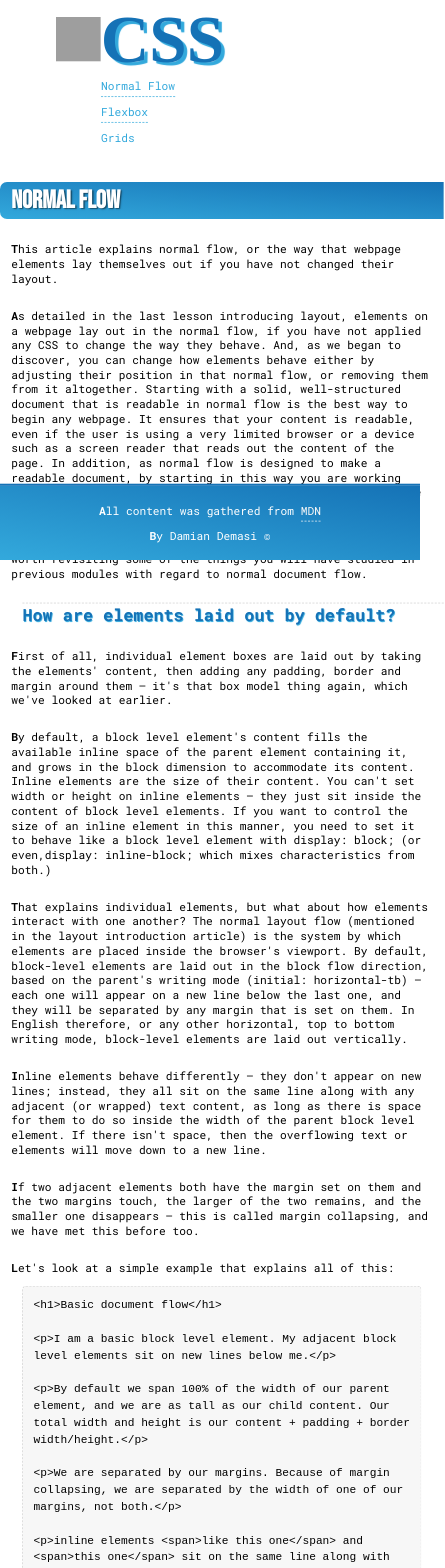
Repository: Colo-Codes/freecodecamp-04-Technical-Documentation-Page
Page: index.html
The author's editor kept a copy of each file at every save. The page is drawn from the files as they stood at one save, then again after the next save.
The browser window is 600 px wide. The page is 635 px wide, so the pictures cover 635 px, including what lies to the right of the window. The pictures show the part of the page from y = 0 to 2240 px (the page is 8222 px tall before and 8232 px after), at 70% of full size.
Pictures or frames that could not be fetched are drawn as grey boxes. Some web fonts or font styles are not loaded; a fallback is used.

Above is the page before, as saved 2021-05-22 09:40:42.

### index.html
<!DOCTYPE html>
<html lang="en">

<head>
    <meta charset="UTF-8">
    <meta http-equiv="X-UA-Compatible" content="IE=edge">
    <meta name="viewport" content="width=device-width, initial-scale=1.0">
    <link rel="stylesheet" href="./resources/css/index.css" type="text/css">
    <link rel="preconnect" href="https://fonts.gstatic.com">
    <link
        href="https://fonts.googleapis.com/css2?family=Bebas+Neue&family=Pattaya&family=Roboto+Mono:wght@100;400;700&display=swap"
        rel="stylesheet">

    <title>CSS Technical Documentation</title>
</head>

<body>
    <div id="flex-container">
        <header id="navbar-block">
            <img id="navbar-image" src="./resources/img/file_type_css_icon_130661.png" alt="CSS3 logo in blue">
            <nav id="navbar">
                <!-- On the left of screen, fixed (visible) -->
                <header>
                    <h1>CSS</h1>
                </header>
                <ul>
                    <li><a href="#Normal_Flow" class="nav-link">Normal Flow</a></li>
                    <li><a href="#Flexbox" class="nav-link">Flexbox</a></li>
                    <li><a href="#Grids" class="nav-link">Grids</a></li>
                    <li><a href="#Floats" class="nav-link">Floats</a></li>
                    <li><a href="#Positioning" class="nav-link">Positioning</a></li>
                </ul>
            </nav>
        </header>
        <main id="main-doc">
            <section class="main-section" id="Normal_Flow">
                <header class="section-header">
                    <h2>Normal Flow</h2>
                </header>
                <p>This article explains normal flow, or the way that webpage elements lay themselves out if you have
                    not
                    changed their
                    layout.</p>
                <p>As detailed in the last lesson introducing layout, elements on a webpage lay out in the normal flow,
                    if
                    you have not
                    applied any CSS to change the way they behave. And, as we began to discover, you can change how
                    elements
                    behave
                    either by adjusting their position in that normal flow, or removing them from it altogether.
                    Starting
                    with a solid,
                    well-structured document that is readable in normal flow is the best way to begin any webpage. It
                    ensures that your
                    content is readable, even if the user is using a very limited browser or a device such as a screen
                    reader that reads
                    out the content of the page. In addition, as normal flow is designed to make a readable document, by
                    starting in
                    this way you are working with the document rather than fighting against it as you make changes to
                    the
                    layout.</p>
                <p>Before digging deeper into different layout methods, it is worth revisiting some of the things you
                    will
                    have studied
                    in previous modules with regard to normal document flow.</p>
                <h3>How are elements laid out by default?</h3>
                <p>First of all, individual element boxes are laid out by taking the elements' content, then adding any
                    padding, border
                    and margin around them — it's that box model thing again, which we've looked at earlier.
                </p>
                <p>By default, a block level element's content fills the available inline space of the parent element
                    containing it,
                    and grows in the block dimension to accommodate its content. Inline elements are the size of their
                    content. You
                    can't set width or height on inline elements — they just sit inside the content of block level
                    elements.
                    If you want
                    to control the size of an inline element in this manner, you need to set it to behave like a block
                    level
                    element
                    with display: block; (or even,display: inline-block; which mixes characteristics from both.)
                </p>
                <p>That explains individual elements, but what about how elements interact with one another? The normal
                    layout flow
                    (mentioned in the layout introduction article) is the system by which elements are placed inside the
                    browser's
                    viewport. By default, block-level elements are laid out in the block flow direction, based on the
                    parent's writing
                    mode (initial: horizontal-tb) — each one will appear on a new line below the last one, and they will
                    be
                    separated by
                    any margin that is set on them. In English therefore, or any other horizontal, top to bottom writing
                    mode,
                    block-level elements are laid out vertically.
                </p>
                <p>Inline elements behave differently — they don't appear on new lines; instead, they all sit on the
                    same
                    line along
                    with any adjacent (or wrapped) text content, as long as there is space for them to do so inside the
                    width of the
                    parent block level element. If there isn't space, then the overflowing text or elements will move
                    down
                    to a new
                    line.
                </p>
                <p>If two adjacent elements both have the margin set on them and the two margins touch, the larger of
                    the
                    two remains,
                    and the smaller one disappears — this is called margin collapsing, and we have met this before too.
                </p>
                <p>Let's look at a simple example that explains all of this:</p>
                <code>&lt;h1&gt;Basic document flow&lt;/h1&gt;

&lt;p&gt;I am a basic block level element. My adjacent block level elements sit on new lines below me.&lt;/p&gt;

&lt;p&gt;By default we span 100% of the width of our parent element, and we are as tall as our child content. Our total width and height is our content + padding + border width/height.&lt;/p&gt;

&lt;p&gt;We are separated by our margins. Because of margin collapsing, we are separated by the width of one of our margins, not both.&lt;/p&gt;

&lt;p&gt;inline elements &lt;span&gt;like this one&lt;/span&gt; and &lt;span&gt;this one&lt;/span&gt; sit on the same line along with adjacent text nodes, if there is space on the same line. Overflowing inline elements will &lt;span&gt;wrap onto a new line if possible (like this one containing text)&lt;/span&gt;, or just go on to a new line if not, much like this image will do: &lt;img src="https://mdn.mozillademos.org/files/13360/long.jpg"&gt;&lt;/p&gt;</code>
                <code>body {
    width: 500px;
    margin: 0 auto;
}

p {
    background: rgba(255,84,104,0.3);
    border: 2px solid rgb(255,84,104);
    padding: 10px;
    margin: 10px;
}

span {
    background: white;
    border: 1px solid black;
}</code>


            </section>

            <section class="main-section" id="Flexbox">
                <header class="section-header">
                    <h2>Flexbox</h2>
                </header>
                <p>Flexbox is a one-dimensional layout method for laying out items in rows or columns. Items flex to
                    fill
                    additional space and shrink to fit into smaller spaces. This article explains all the fundamentals.
                </p>
                <h3>Why Flexbox?</h3>
                <p>For a long time, the only reliable cross browser-compatible tools available for creating CSS layouts
                    were
                    things like floats and positioning. These are fine, and they work, but in some ways they are also
                    rather
                    limiting and frustrating.</p>
                <p>The following simple layout requirements are either difficult or impossible to achieve with such
                    tools,
                    in any kind of convenient, flexible way:</p>
                <ul>
                    <li>Vertically centering a block of content inside its parent.</li>
                    <li>Making all the children of a container take up an equal amount of the available width/height,
                        regardless of how much width/height is available.</li>
                    <li>Making all columns in a multiple-column layout adopt the same height even if they contain a
                        different amount of content.</li>
                </ul>
                <p>As you'll see in subsequent sections, flexbox makes a lot of layout tasks much easier. Let's dig in!
                </p>
                <h3>Specifying what elements to lay out as flexible boxes</h3>
                <code>section {
    display: flex;
}</code>


            </section>

            <section class="main-section" id="Grids">
                <header class="section-header">
                    <h2>Grids</h2>
                </header>
                <p>CSS Grid Layout is a two-dimensional layout system for the web. It lets you lay content out in rows
                    and
                    columns, and has many features that make building complex layouts straightforward. This article will
                    give you all you need to know to get started with page layout.</p>
                <h3>What is grid layout?</h3>
                <p>A grid is a collection of horizontal and vertical lines creating a pattern against which we can line
                    up
                    our design elements. They help us to create designs where elements don’t jump around or change width
                    as
                    we move from page to page, providing greater consistency on our websites.</p>
                <p>A grid will typically have columns, rows, and then gaps between each row and column — commonly
                    referred
                    to as gutters.</p>
                <h3>Defining a grid</h3>
                <p>As a starting point, download and open the starting point file in your text editor and browser (you
                    can
                    also see it live here). You will see an example with a container, which has some child items. By
                    default
                    these display in normal flow so the boxes display one below the other. We will be working with this
                    file
                    for the first part of this lesson, making changes to see how grid behaves.</p>
                <p>To define a grid we use the grid value of the display property. As with Flexbox, this switches on
                    Grid
                    Layout, and all of the direct children of the container become grid items. Add this to the CSS
                    inside
                    your file:</p>
                <code>.container {
    display: grid;
}</code>
                <p>Unlike flexbox, the items will not immediately look any different. Declaring display: grid gives you
                    a
                    one column grid, so your items will continue to display one below the other as they do in normal
                    flow.
                </p>
                <p>We can place things according to these lines by specifying the start and end line. We do this using
                    the
                    following properties:</p>
                <ul>
                    <li>grid-column-start</li>
                    <li>grid-column-end</li>
                    <li>grid-row-start</li>
                    <li>grid-row-end</li>
                </ul>

            </section>

            <section class="main-section" id="Floats">
                <header class="section-header">
                    <h2>Floats</h2>
                </header>
                <p>Originally for floating images inside blocks of text, the float property became one of the most
                    commonly
                    used tools for creating multiple column layouts on webpages. With the advent of flexbox and grid it
                    has
                    now returned to its original purpose, as this article explains.</p>
                <h3>The background of floats</h3>
                <p>The float property was introduced to allow web developers to implement simple layouts involving an
                    image
                    floating inside a column of text, with the text wrapping around the left or right of it. The kind of
                    thing you might get in a newspaper layout.</p>
                <p>But web developers quickly realized that you can float anything, not just images, so the use of float
                    broadened, for example to fun layout effects such as drop-caps.</p>
                <p>Floats have commonly been used to create entire web site layouts featuring multiple columns of
                    information floated so they sit alongside one another (the default behavior would be for the columns
                    to
                    sit below one another, in the same order as they appear in the source). There are newer, better
                    layout
                    techniques available and so use of floats in this way should be regarded as a legacy technique.</p>
                <h3>A simple float example</h3>
                <p>Let's explore how to use floats. We'll start with a really simple example involving floating a block
                    of
                    text around an element. You can follow along by creating a new index.html file on your computer,
                    filling
                    it with a simple HTML template, and inserting the below code into it at the appropriate places. At
                    the
                    bottom of the section, you can see a live example of what the final code should look like.</p>
                <p>First, we'll start off with some simple HTML — add the following to your HTML body, removing anything
                    that was inside there before:</p>
                <code>&lt;h1&gt;Simple float example&lt;/h1&gt;

&lt;div class="box"&gt;Float&lt;/div&gt;

&lt;p&gt;Lorem ipsum dolor sit amet, consectetur adipiscing elit. Nulla luctus aliquam dolor, eu lacinia lorem placerat vulputate. Duis felis orci, pulvinar id metus ut, rutrum luctus orci. Cras porttitor imperdiet nunc, at ultricies tellus laoreet sit amet. &lt;/p&gt;

&lt;p&gt;Sed auctor cursus massa at porta. Integer ligula ipsum, tristique sit amet orci vel, viverra egestas ligula. Curabitur vehicula tellus neque, ac ornare ex malesuada et. In vitae convallis lacus. Aliquam erat volutpat. Suspendisse ac imperdiet turpis. Aenean finibus sollicitudin eros pharetra congue. Duis ornare egestas augue ut luctus. Proin blandit quam nec lacus varius commodo et a urna. Ut id ornare felis, eget fermentum sapien.&lt;/p&gt;

&lt;p&gt;Nam vulputate diam nec tempor bibendum. Donec luctus augue eget malesuada ultrices. Phasellus turpis est, posuere sit amet dapibus ut, facilisis sed est. Nam id risus quis ante semper consectetur eget aliquam lorem. Vivamus tristique elit dolor, sed pretium metus suscipit vel. Mauris ultricies lectus sed lobortis finibus. Vivamus eu urna eget velit cursus viverra quis vestibulum sem. Aliquam tincidunt eget purus in interdum. Cum sociis natoque penatibus et magnis dis parturient montes, nascetur ridiculus mus.&lt;/p&gt;</code>
                <p>Now apply the following CSS to your HTML (using a &lt;style&gt; element or a
                    <link> to a separate .css file — your choice):
                </p>
                <code>body {
    width: 90%;
    max-width: 900px;
    margin: 0 auto;
    font: .9em/1.2 Arial, Helvetica, sans-serif
}

.box {
    width: 150px;
    height: 100px;
    border-radius: 5px;
    background-color: rgb(207,232,220);
    padding: 1em;
}</code>

            </section>

            <section class="main-section" id="Positioning">
                <header class="section-header">
                    <h2>Positioning</h2>
                </header>
                <p>Positioning allows you to take elements out of the normal document layout flow, and make them behave
                    differently; for example sitting on top of one another, or always remaining in the same place inside
                    the
                    browser viewport. This article explains the different position values, and how to use them.</p>
                <ul>
                    <li>Default value: static</li>
                    <li>Inherited: no</li>
                    <li>Animatable: no. Read about animatable</li>
                    <li>Version: CSS2</li>
                    <li>JavaScript syntax: object.style.position="absolute"</li>
                </ul>
                <h3>Introducing positioning</h3>
                <p>The whole idea of positioning is to allow us to override the basic document flow behavior described
                    above, to produce interesting effects. What if you want to slightly alter the position of some boxes
                    inside a layout from their default layout flow position, to give a slightly quirky, distressed feel?
                    Positioning is your tool. Or if you want to create a UI element that floats over the top of other
                    parts
                    of the page, and/or always sits in the same place inside the browser window no matter how much the
                    page
                    is scrolled? Positioning makes such layout work possible.</p>
                <h3>Static positioning</h3>
                <p>Static positioning is the default that every element gets — it just means "put the element into its
                    normal position in the document layout flow — nothing special to see here."</p>
                    <p></p>
            </section>
        </main>
    </div>
    <footer>
        <p>All content was gathered from <a href="https://developer.mozilla.org/en-US/docs/Learn/CSS/CSS_layout"
                target="_blank">MDN</a></p>
        <p>By Damian Demasi &copy;</p>
    </footer>
</body>

</html>

### resources/css/index.css
/* Reset */

html {
    box-sizing: border-box;
    font-size: 16px;
    font-family: 'Roboto Mono', Arial, Helvetica, sans-serif;
}

*, *:before, *:after {
    box-sizing: inherit;
    margin: 0;
    padding: 0;
}

/* Main flexbox */

@media screen and (min-width: 700px) {
    #flex-container {
        position: relative;
        display: flex;
        justify-content: center;
        align-items: baseline;
        /* flex-flow: wrap; FIXME */
        /* overflow: scroll; FIXME */
    }
    #navbar-image {
        width: 150px;
    }
    .section-header {
        top: 0px;
    }
    #navbar-block {
        top: 20px;
        margin: 0 2rem;
    }
}

@media screen and (max-width: 699px) {
    #flex-container {
        /* position: relative; */
        display: flex;
        flex-direction: column;
        /* flex-flow: wrap; */
        /* overflow: scroll; FIXME */
    }
    ul {
        height: 6.2rem;
        overflow: scroll;
    }
    #navbar-block {
        display: flex;
        align-items: baseline;
        background-color: white;
        margin: 0;
        padding-left: 5rem;
        top: 0px;
        height: 230px;
        z-index: 1;
    }
    #navbar-image {
        width: 4rem;
        height: 4rem;
    }
    #navbar {
        flex: 1;
    }
    .section-header {
        top: 230px;
    }
}

#main-doc {
    align-self: flex-start;
    max-width: 1000px;
    /* Not doing anything: */
    /* flex-shrink: 1; */
    /* background-color: teal; FIXME */
}

/* Navbar */

#navbar-block {
    position: sticky;
    /* top: 20px; */
    /* margin: 0 2rem; */
    /* outline: 1px solid red; */
    /* flex: 1; */
}

#navbar-image {
    margin: 0 auto;
}

#navbar ul li {
    list-style-type: none;
    margin-bottom: 1rem;
}

.nav-link:link, .nav-link:visited {
    text-decoration: none;
    border-bottom: 1px dashed #33A9DC;
    padding-bottom: 5px;
    color: #33A9DC;
}

.nav-link:focus, .nav-link:hover {
    border-bottom: 2px solid #1572B6;
    padding-bottom: 5px;
    color: #1572B6;
}

.nav-link:active {
    border-bottom: 2px solid #1572B6;
    padding-bottom: 5px;
    color: #1572B6;
}

#navbar h1 {
    font-family: 'Pattaya', 'Times New Roman', Times, serif;
    font-size: 6rem;
    color: #1572B6;
    text-shadow: #33A9DC 5px 5px 1px;
}

/* Main content */

.section-header {
    position: sticky;
    color: white;
    text-shadow: 2px 2px 2px rgba(0, 0, 0, .5);
    padding: 5px 0 5px 1rem;
    background: #33A9DC;
    /* fallback for old browsers */
    background: -webkit-linear-gradient(to bottom left, #1572B6, #33A9DC);
    /* Chrome 10-25, Safari 5.1-6 */
    background: linear-gradient(to bottom left, #1572B6, #33A9DC);
    /* W3C, IE 10+/ Edge, Firefox 16+, Chrome 26+, Opera 12+, Safari 7+ */
    font-family: 'Bebas Neue', sans-serif;
    text-transform: uppercase;
    font-size: 1.5rem;
    border-radius: 10px 0 0 10px;
    margin: 30px 0 0 0;
}

p {
    margin: 2rem 1rem 0 1rem;
}

p::first-letter {
    font-weight: bold;
}

h3 {
    margin: 2rem 0 0 2rem;
    font-size: 1.5rem;
    border-top: 1px dashed rgba(0, 0, 0, .2);
    color: #1572B6;
    text-shadow: #33A9DC 1px 1px 1px;
}

/* Code content */

code {
    display: block;
    text-align: left;
    white-space: pre-wrap;
    word-break: normal;
    word-wrap: normal;
    line-height: 1.5;
    background-color: #f7f7f7;
    padding: 15px;
    margin: 1rem 2rem 1rem 2rem;
    border-radius: 5px;
    border: 1px dashed rgba(0, 0, 0, .2)
}

/* Unordered lists */

.main-section ul {
    margin: 1rem 0 2rem 4rem;
    list-style-image: url(../img/chevron_right_round-48_46769.png);
}

/* Footer */

footer {
    position: sticky;
    bottom: 0;
    background: #33A9DC;
    /* fallback for old browsers */
    background: -webkit-linear-gradient(to bottom left, #1572B6, #33A9DC);
    /* Chrome 10-25, Safari 5.1-6 */
    background: linear-gradient(to bottom left, #1572B6, #33A9DC);
    /* W3C, IE 10+/ Edge, Firefox 16+, Chrome 26+, Opera 12+, Safari 7+ */
    color: white;
    text-align: center;
    padding: .5rem 0;
    border-top: #1572B6 3px solid;
}

footer a:link, footer a:visited {
    text-decoration: none;
    border-bottom: 1px dashed #f7f7f7;
    padding-bottom: 5px;
    color: #f7f7f7;
}

footer a:focus, footer a:hover {
    border-bottom: 2px solid #d8d8d8;
    padding-bottom: 5px;
    color: #d8d8d8;
}

footer a:active {
    border-bottom: 2px solid #d8d8d8;
    padding-bottom: 5px;
    color: #d8d8d8;
}

footer p {
    margin: 1rem 0;
}

After the next save:
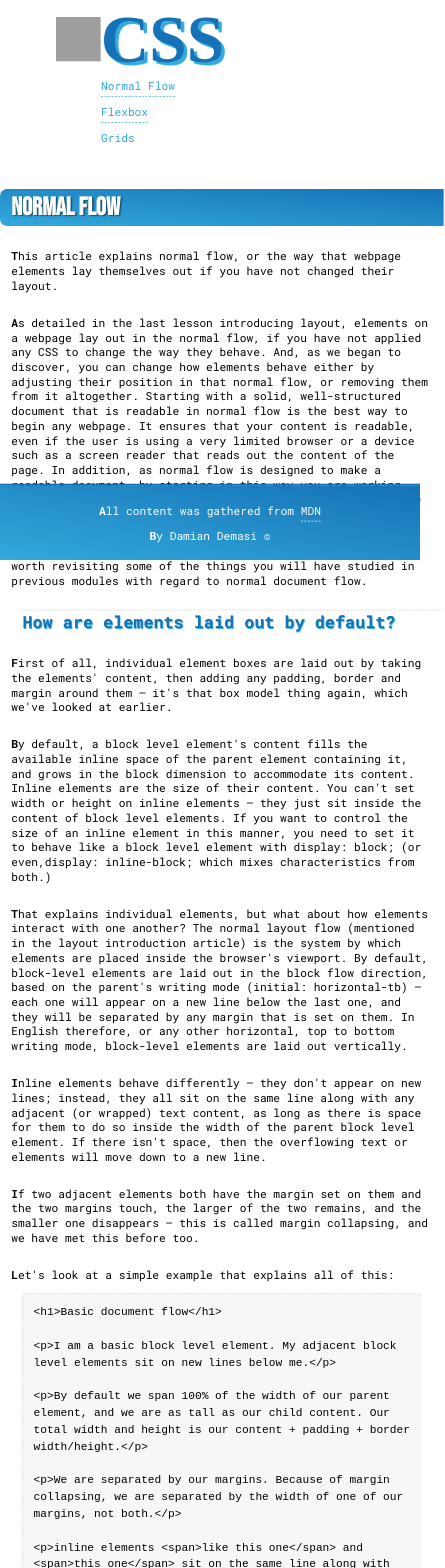
Saved 12 s later.
--- a/resources/css/index.css
+++ b/resources/css/index.css
@@ -54,7 +54,7 @@ html {
         margin: 0;
         padding-left: 5rem;
         top: 0px;
-        height: 230px;
+        height: 240px;
         z-index: 1;
     }
     #navbar-image {
@@ -65,7 +65,7 @@ html {
         flex: 1;
     }
     .section-header {
-        top: 230px;
+        top: 240px;
     }
 }
 
